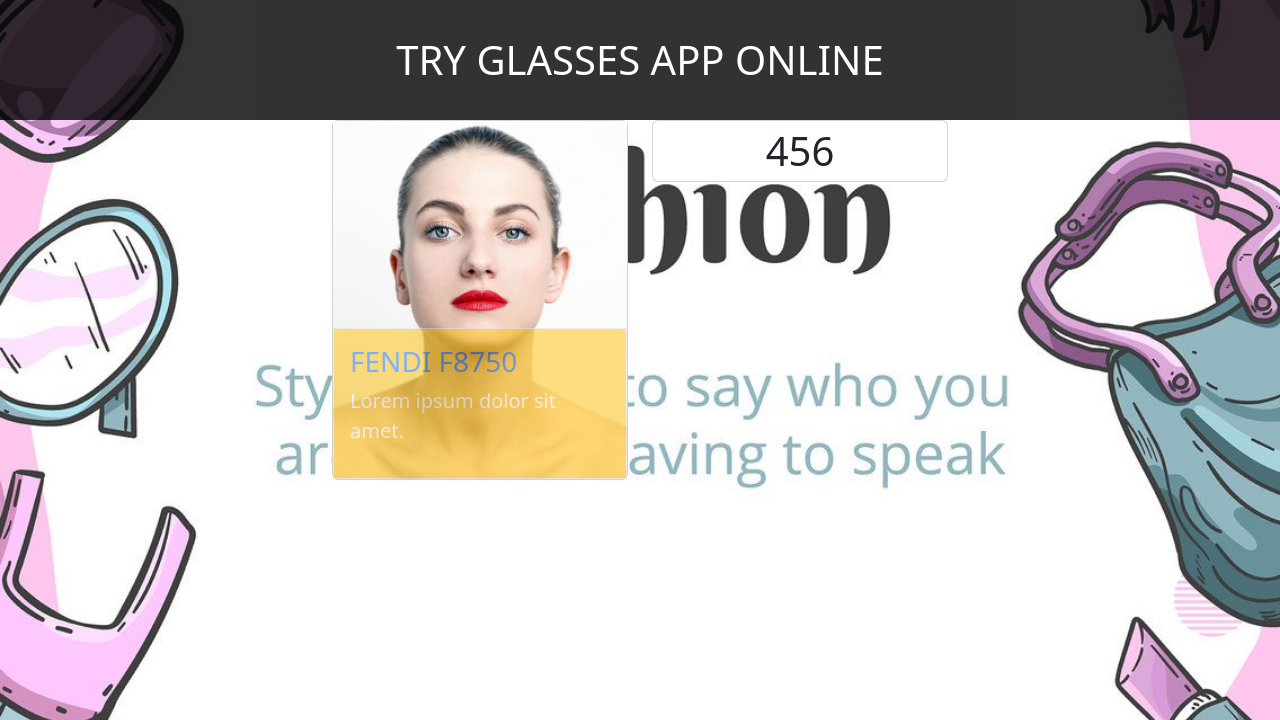
Repository: akira17518/React_JS_Glasses
Page: /
These files come from the project's save history. The page is drawn as it stood at one moment and after a run of saves; the edit follows.
The browser window is 1280 px wide. The pictures show the whole page.
The project was rebuilt for these pictures with package versions that can differ from the ones it lists, and the page was loaded fresh each time.

Above is the page before, as saved 2023-05-10 10:21:08.

After the next 2 saves:
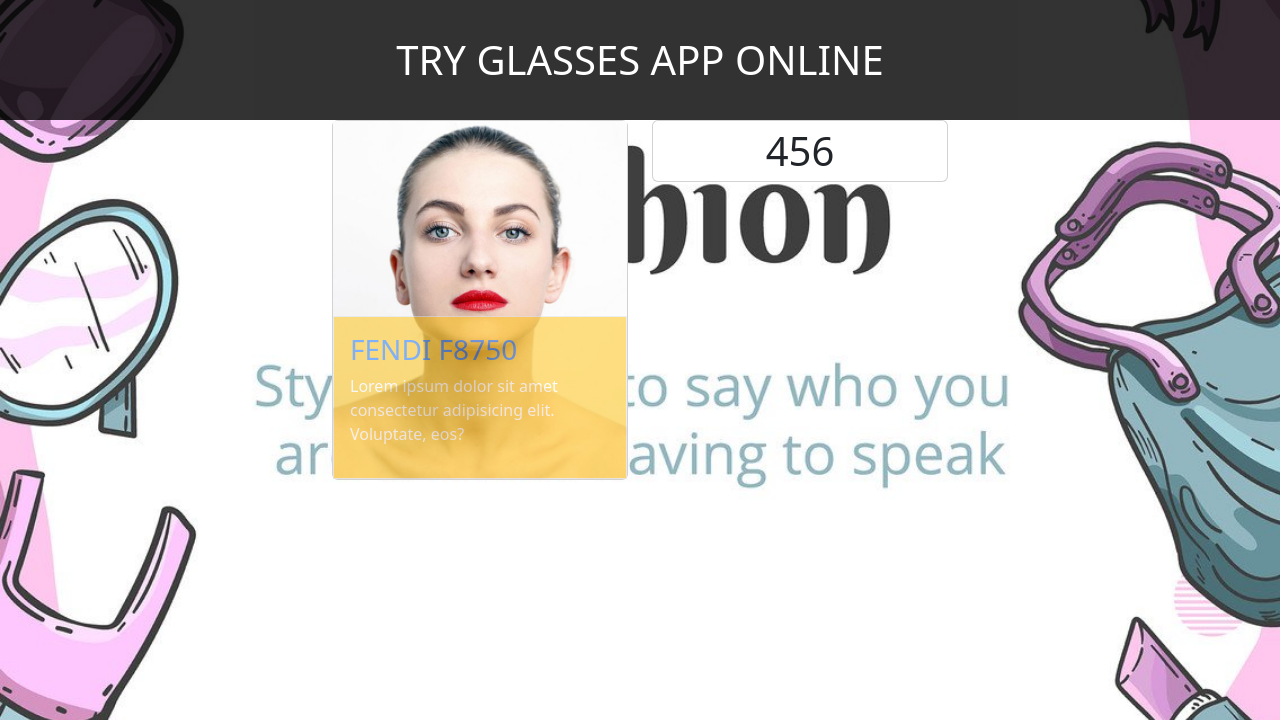
The 2 saves are shown as one change because they came seconds apart.
The last was saved 12 s later.
--- a/src/BTsetState/Content.jsx
+++ b/src/BTsetState/Content.jsx
@@ -9,9 +9,9 @@
             <div className="col-6">
               <div className='card-left card'>
                 <img src="./img/model.jpg" alt="" />
-                <div className="card-body fs-5 text-start position-absolute bottom-0 end-0 start-0 opacity-50 bg-warning border">
+                <div className="card-body fs-6 text-start position-absolute bottom-0 end-0 start-0 opacity-50 bg-warning border">
                   <h3 className='text-primary'>FENDI F8750</h3>
-                  <p className='text-white'>Lorem ipsum dolor sit amet.</p>
+                  <p className='text-white'>Lorem ipsum dolor sit amet consectetur adipisicing elit. Voluptate, eos?</p>
                 </div>
               </div>
             </div>
